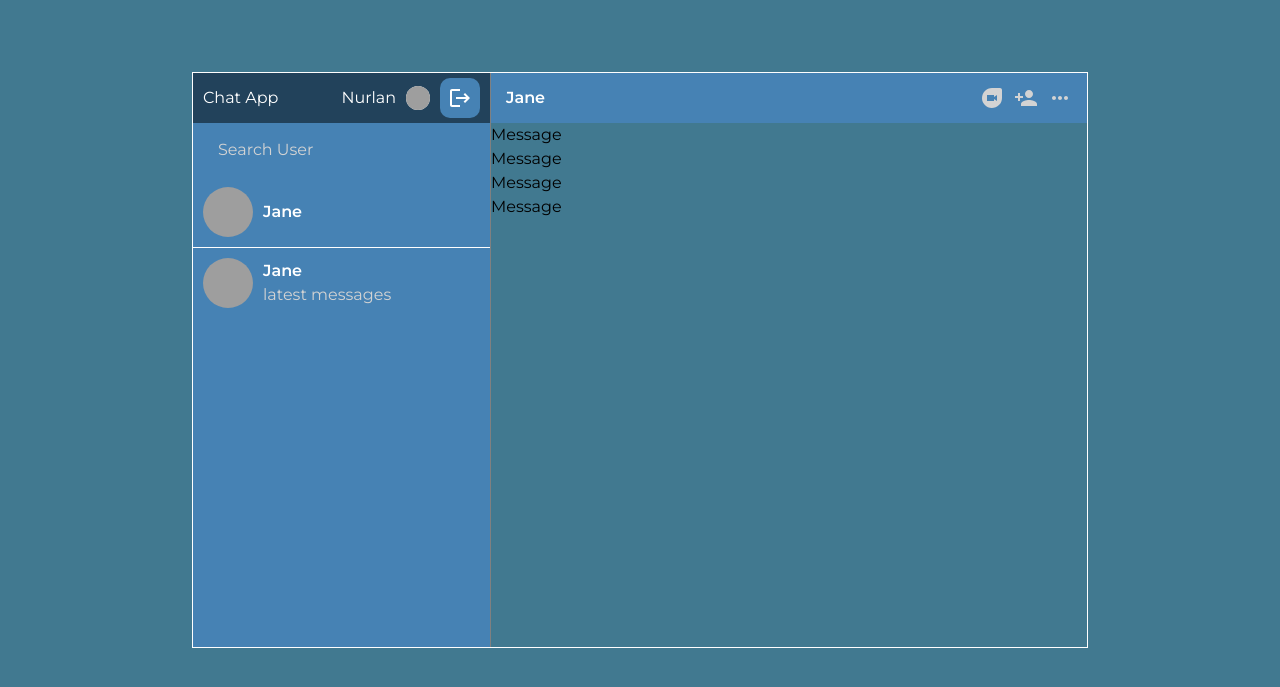
Repository: Nurlan-Bakenbaev/chat-app
Page: /
An editor plug-in stored every save of this project. The page is shown before and after the next save, followed by the edit.
The browser window is 1280 px wide. The pictures show the whole page.
Pictures or frames that could not be fetched are drawn as grey boxes. The project was rebuilt for these pictures with package versions that can differ from the ones it lists, and the page was loaded fresh each time. Also part of the build but not shown: vite.config.js. Imported but missing from the stored project, and not drawn on this page: src/pages/Login.

Above is the page before, as saved 2023-08-19 18:14:07.

After the next save:
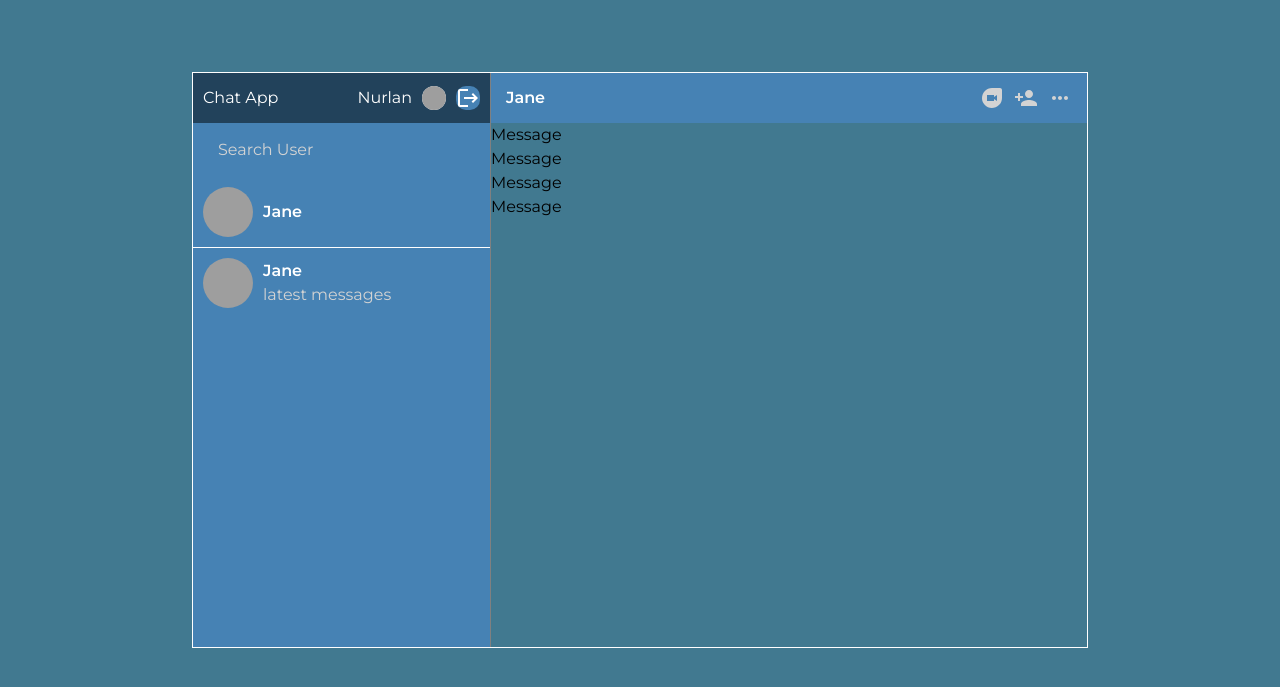
Saved 7 s later.
--- a/src/style.scss
+++ b/src/style.scss
@@ -112,7 +112,6 @@
           font-size: 8px;
           border: none;
           cursor: pointer;
-          padding: 8px;
           border-radius: 10px;
           transition: scale 0.3s;
           &:hover{
